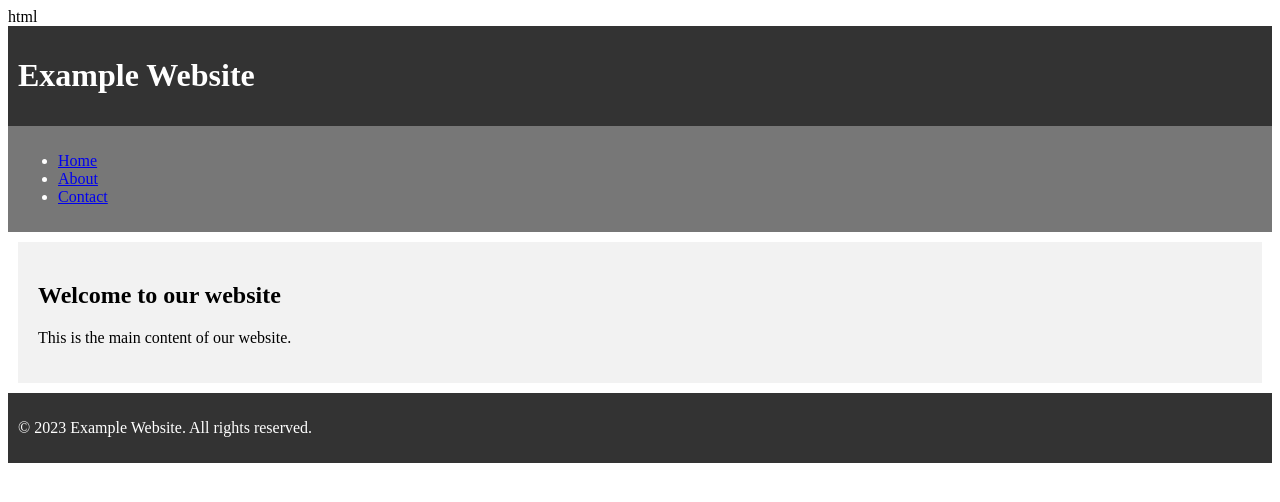
Repository: nghiakma/Javascript-begin
Page: bocuc/index.html
The author's editor kept a copy of each file at every save. The page is drawn from the files as they stood at one save, then again after the next save.
The browser window is 1280 px wide. The pictures show the whole page.

Above is the page before, as saved 2023-05-22 14:51:13.

### bocuc/index.html
html
<!DOCTYPE html>
<html>

<head>
    <title>Example Website</title>
    <meta charset="UTF-8">
    <meta name="viewport" content="width=device-width, initial-scale=1.0">
    <style>
        /* CSS styling for the website layout */
        header {
            background-color: #333;
            color: white;
            padding: 10px;
        }

        nav {
            background-color: #777;
            color: white;
            padding: 10px;
        }

        section {
            background-color: #f2f2f2;
            padding: 20px;
            margin: 10px;
        }

        footer {
            background-color: #333;
            color: white;
            padding: 10px;
        }
    </style>
</head>

<body>
    <header>
        <h1>Example Website</h1>
    </header>
    <nav>
        <ul>
            <li><a href="#">Home</a></li>
            <li><a href="#">About</a></li>
            <li><a href="#">Contact</a></li>
        </ul>
    </nav>
    <section>
        <h2>Welcome to our website</h2>
        <p>This is the main content of our website.</p>
    </section>
    <footer>
        <p>&copy; 2023 Example Website. All rights reserved.</p>
    </footer>
</body>

</html>

After the next save:
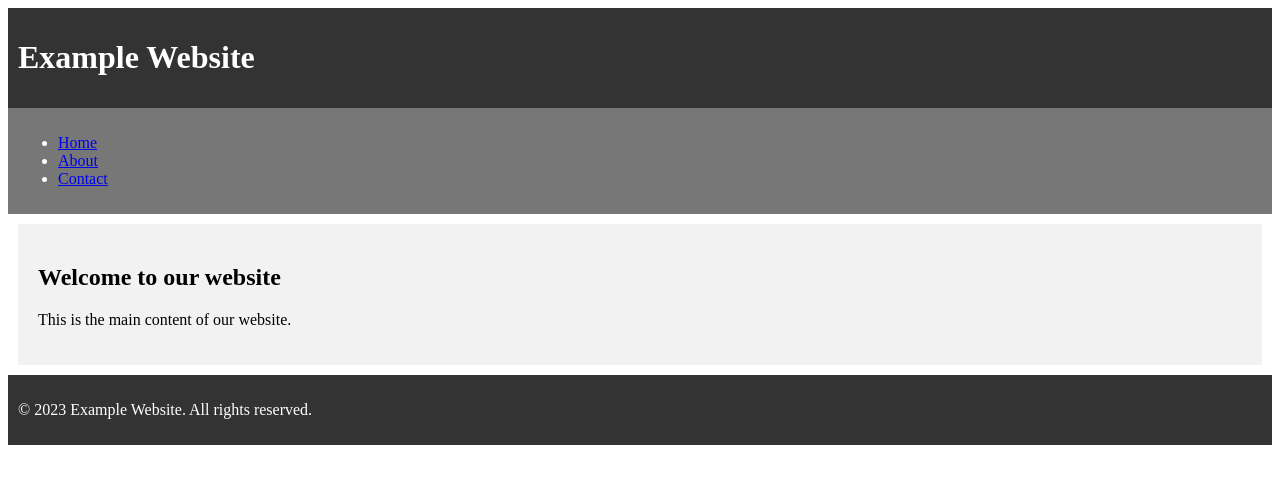
Saved 4 s later.
--- a/bocuc/index.html
+++ b/bocuc/index.html
@@ -1,4 +1,3 @@
-html
 <!DOCTYPE html>
 <html>
 
